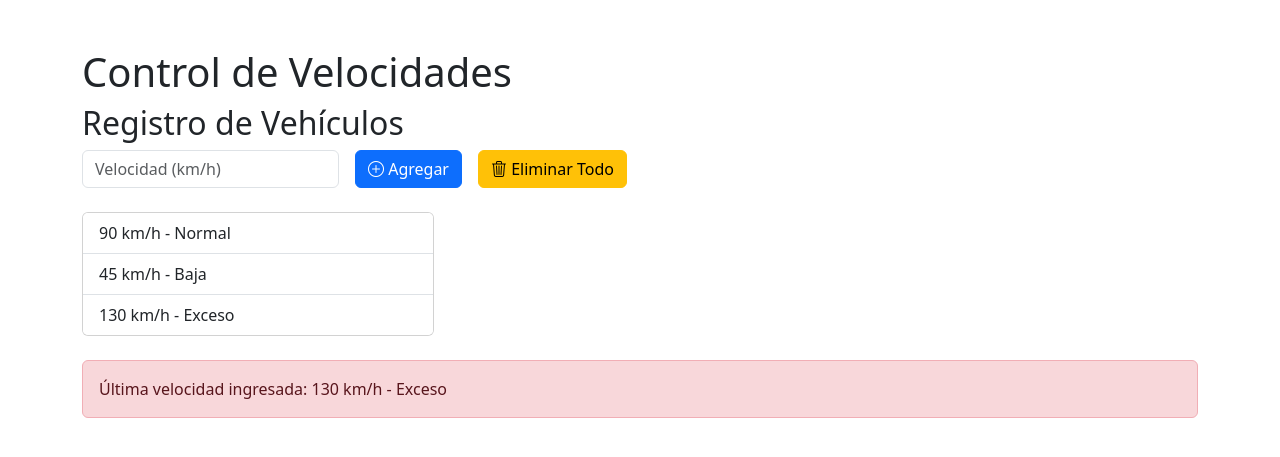
Repository: pudusito/EV2frontend
Page: index.html
These files come from the project's save history. The page is drawn as it stood at one moment and after the next save; the edit follows.
The browser window is 1280 px wide. The pictures show the whole page.

Above is the page before, as saved 2025-07-01 19:42:31.

After the next save:
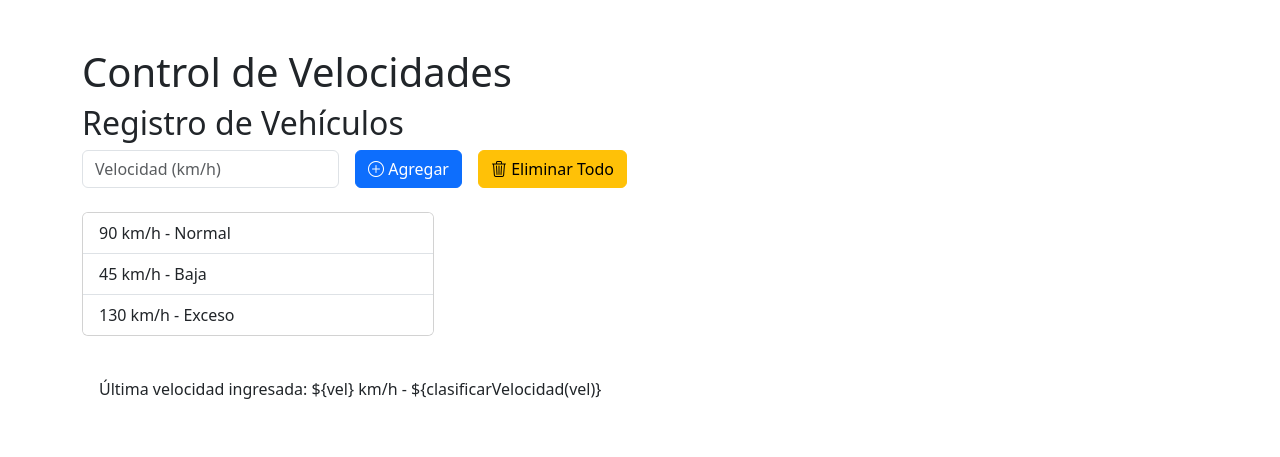
Saved 3 min 26 s later.
--- a/dinamico.js
+++ b/dinamico.js
@@ -28,8 +28,8 @@
   else if (vel >= 60) clase = "success";
   else clase = "warning";
 
-  alerta.className = `alert alert-${clase} mt-4`;
-  alerta.textContent = `Última velocidad ingresada: ${vel} km/h - ${clasificarVelocidad(vel)}`;
+  alerta.className = "alert alert-${clase} mt-4";
+  alerta.textContent = "Última velocidad ingresada: ${vel} km/h - ${clasificarVelocidad(vel)}";
   alerta.classList.remove("d-none");
 }
 

After the save that followed:
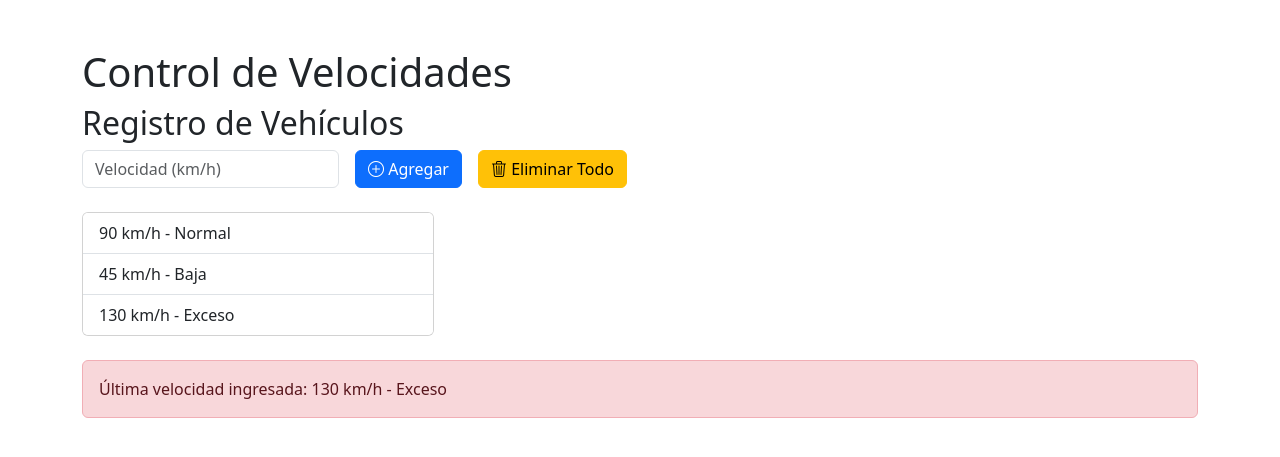
Saved 3 min 48 s later.
--- a/dinamico.js
+++ b/dinamico.js
@@ -28,8 +28,8 @@
   else if (vel >= 60) clase = "success";
   else clase = "warning";
 
-  alerta.className = "alert alert-${clase} mt-4";
-  alerta.textContent = "Última velocidad ingresada: ${vel} km/h - ${clasificarVelocidad(vel)}";
+  alerta.className = `alert alert-${clase} mt-4`;
+  alerta.textContent = `Última velocidad ingresada: ${vel} km/h - ${clasificarVelocidad(vel)}`;
   alerta.classList.remove("d-none");
 }
 
